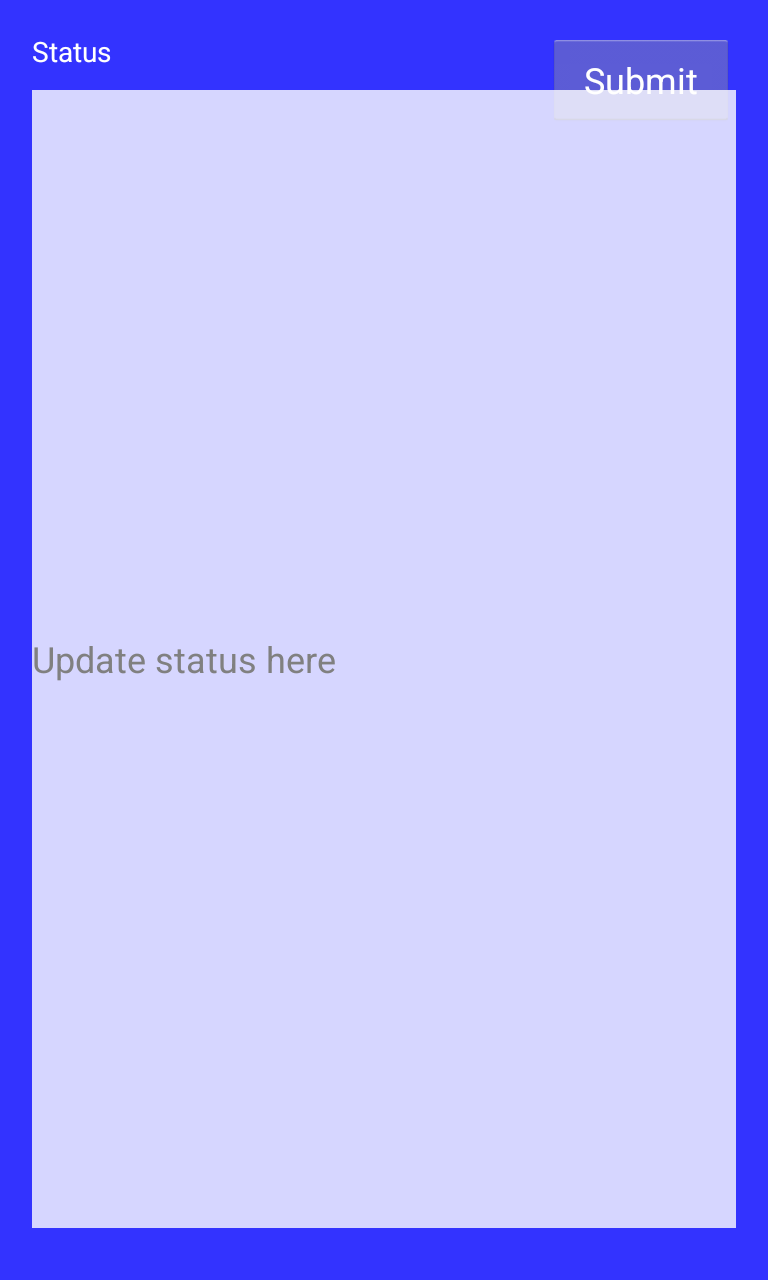
Repository: vamsiampolu/androidworkspace
Layout: YambaProject/res/layout/activity_main.xml
An editor plug-in stored every save of this project. The layout is shown before and after the next save, followed by the edit.
It is drawn on a 768 x 1280 px phone screen (xhdpi) without system bars, with theme AppTheme; the app's code is not run.

Above is the layout before, as saved 2013-05-09 07:27:47.

After the next save:
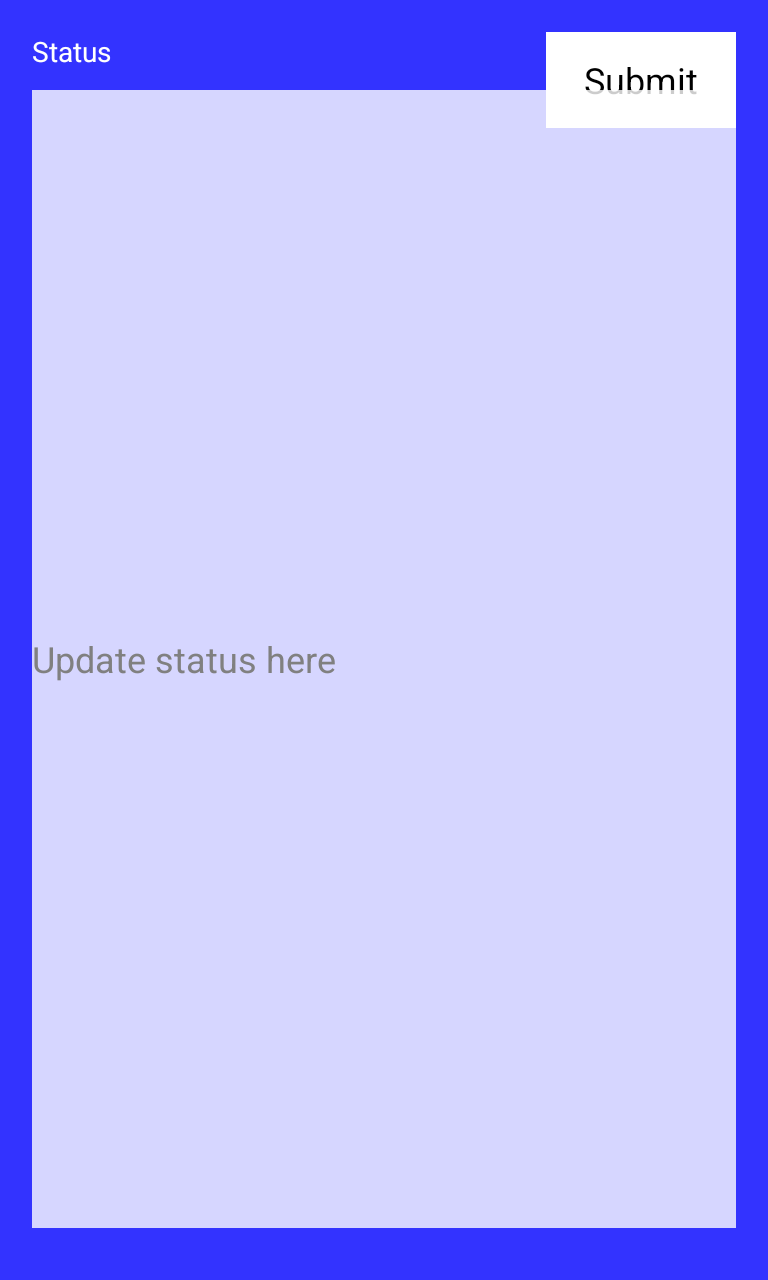
Saved 31 s later.
--- a/YambaProject/res/layout/activity_main.xml
+++ b/YambaProject/res/layout/activity_main.xml
@@ -37,7 +37,7 @@
             android:layout_alignParentRight="true"
             android:layout_alignParentTop="true"
             android:text="Submit"
-            android:textColor="#FFF"
+            android:background="#FFF"
             />
     <EditText android:layout_width="fill_parent"
         	  android:id="@+id/edit_status"
